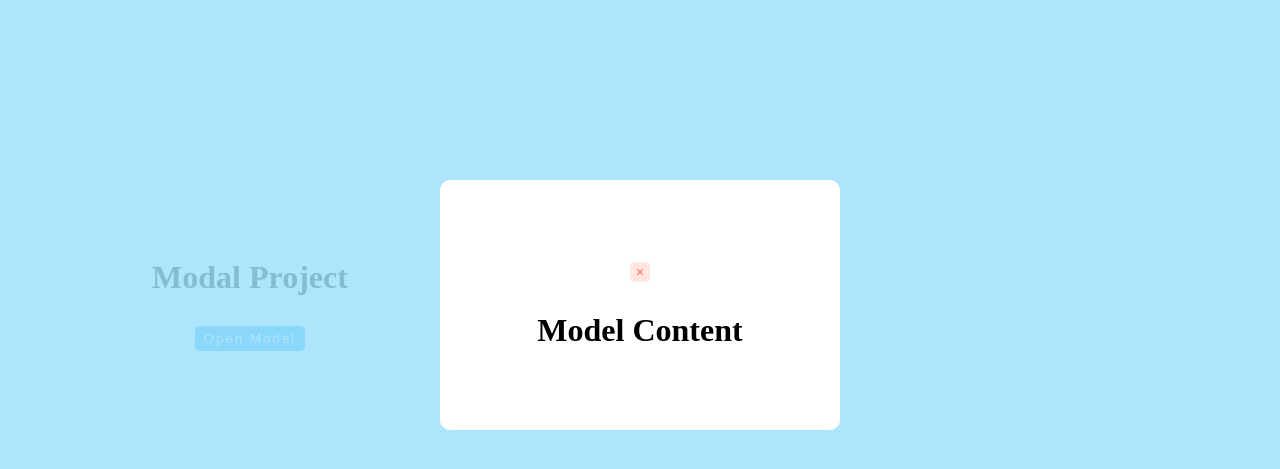
Repository: Trapti10/20-js-practice-projects-in-7-days-challenge
Page: Project_4_Modal_Project/index.html
An editor plug-in stored every save of this project. The page is shown before and after the next save, followed by the edit.
The browser window is 1280 px wide. The pictures show the whole page.

Above is the page before, as saved 2025-11-24 11:06:26.

After the next save:
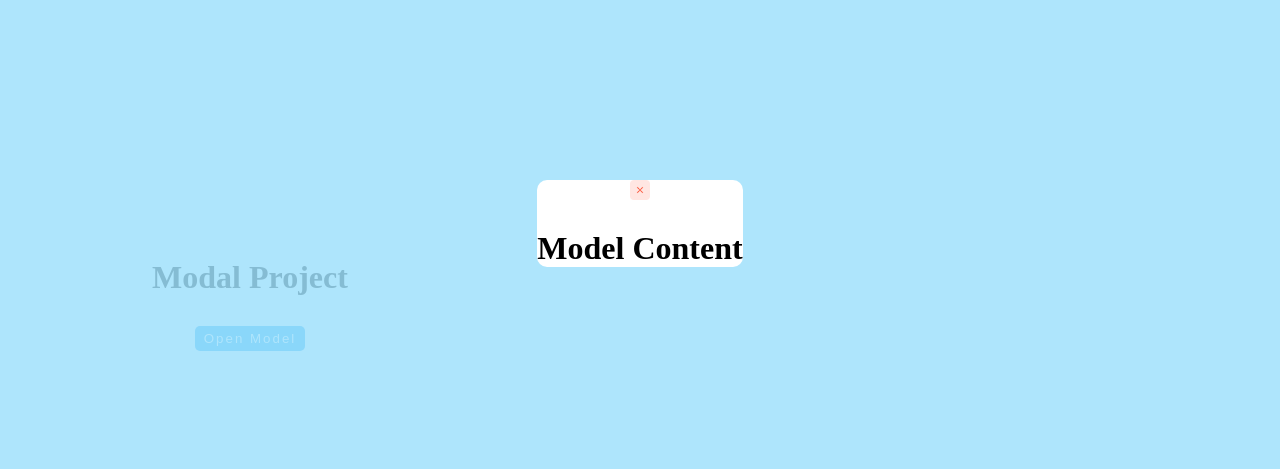
Saved 12 s later.
--- a/Project_4_Modal_Project/style.css
+++ b/Project_4_Modal_Project/style.css
@@ -69,10 +69,7 @@ button:hover{
    position: absolute;
     top: 25%;
     background: white;
-    max-height: 250px;
-    max-width: 400px;
-    height: 100%;
-    width: 100%;
+
     display: flex;
     justify-content: center;
     align-items:center ;
